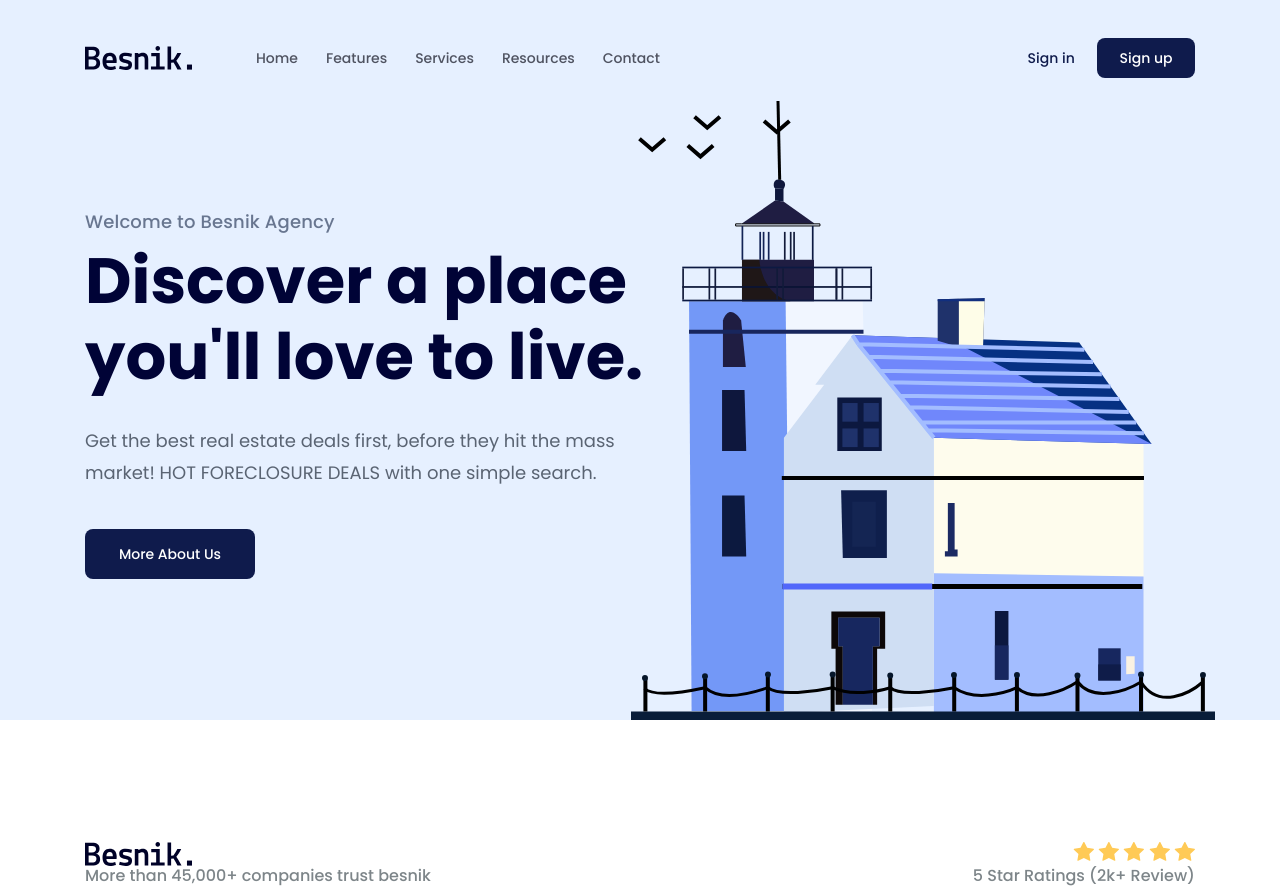
Repository: Tibi2003/f8-htmlcss-01
Page: index.html
These files come from the project's save history. The page is drawn as it stood at one moment and after the next save; the edit follows.
The browser window is 1280 px wide. The pictures show the whole page.

Above is the page before, as saved 2024-02-08 10:30:30.

After the next save:
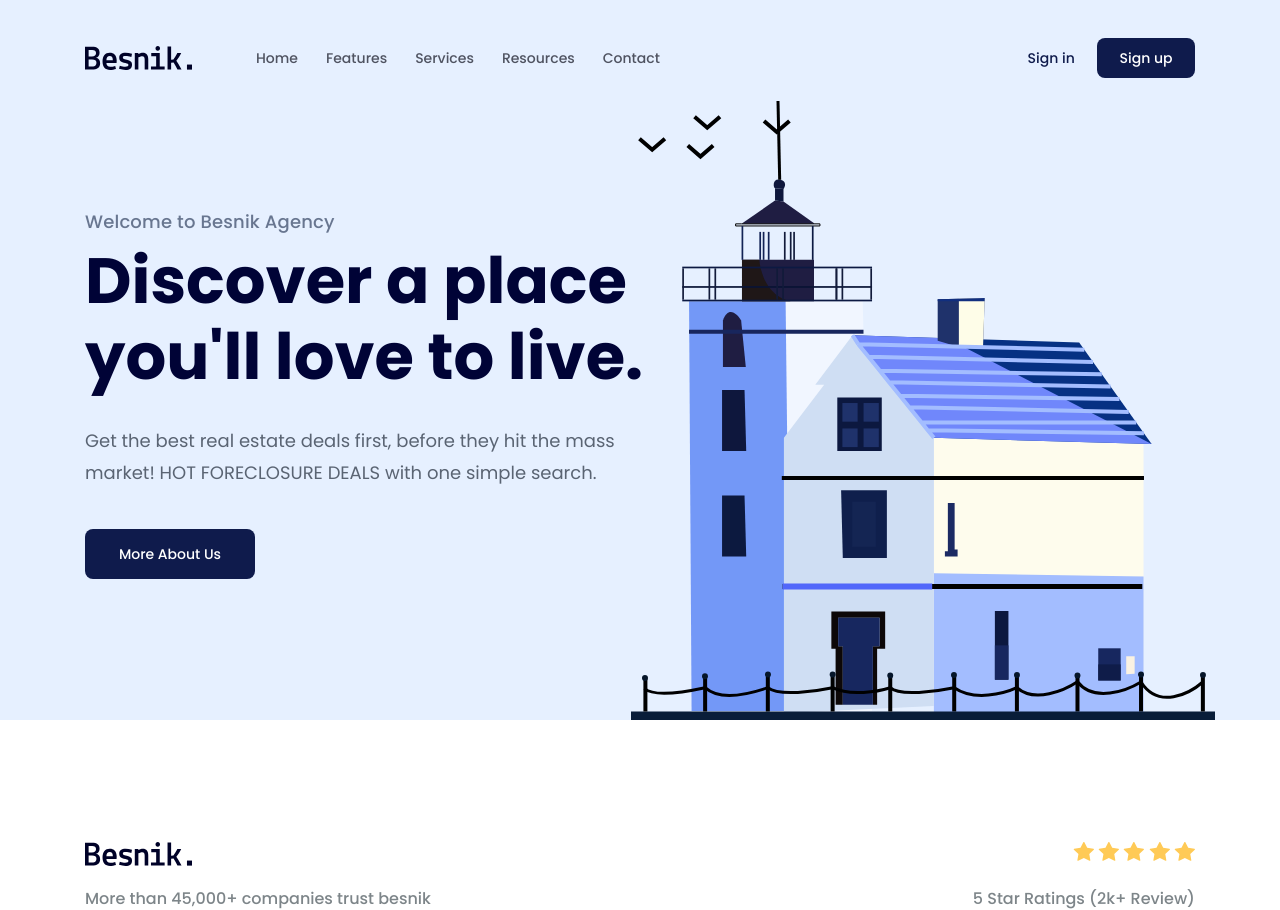
Saved 18 s later.
--- a/assets/css/styles.css
+++ b/assets/css/styles.css
@@ -146,3 +146,7 @@ a {
 	line-height: 1.25;
 	color: #7d8589;
 }
+
+.clients .row-desc {
+	margin-top: 23px;
+}
